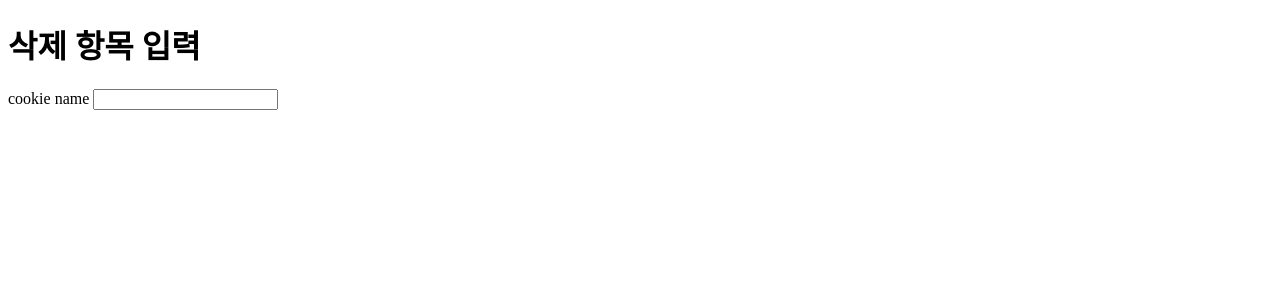
Repository: Hyuk-II/2-2
Page: http://localhost/기말고사/logout_input.jsp
An editor plug-in stored every save of this project. The page is shown before and after the next save, followed by the edit.
The browser window is 1280 px wide. The pictures show the whole page.
The page is served by Tomcat 9.

Above is the page before, as saved 2024-12-09 06:18:01.

After the next save:
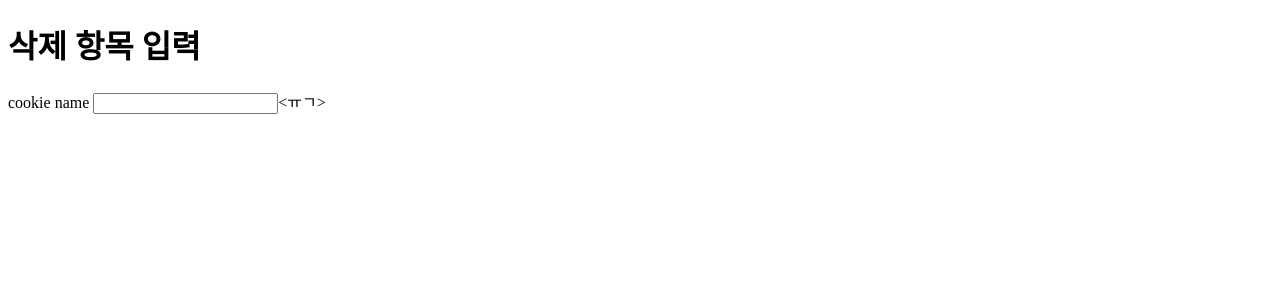
Saved 9 s later.
--- a/웹 프로그래밍/기말고사/src/main/webapp/logout_input.jsp
+++ b/웹 프로그래밍/기말고사/src/main/webapp/logout_input.jsp
@@ -9,7 +9,8 @@
 <body>
 <h1>삭제 항목 입력</h1>
 <form action = "delete_spec.jsp" method = "post">
-	cookie name <input type="text">
+	cookie name <input type="text"><ㅠㄱ>
+
 </form>
 </body>
 </html>

After the save that followed:
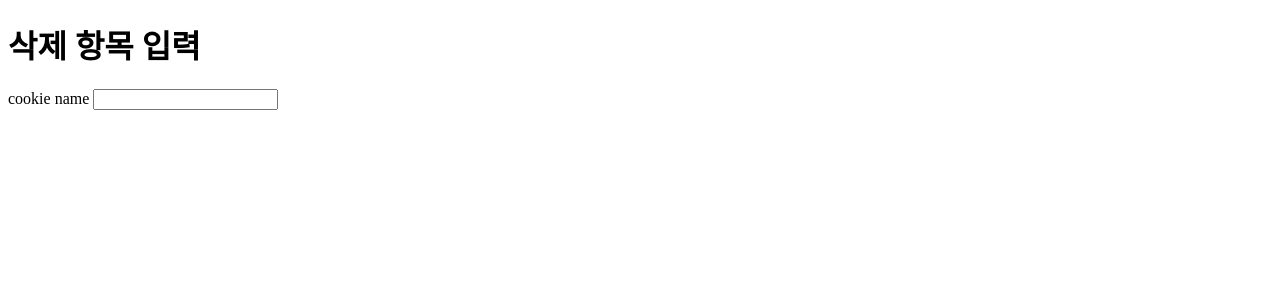
Saved 4 s later.
--- a/웹 프로그래밍/기말고사/src/main/webapp/logout_input.jsp
+++ b/웹 프로그래밍/기말고사/src/main/webapp/logout_input.jsp
@@ -9,7 +9,7 @@
 <body>
 <h1>삭제 항목 입력</h1>
 <form action = "delete_spec.jsp" method = "post">
-	cookie name <input type="text"><ㅠㄱ>
+	cookie name <input type="text"><br>
 
 </form>
 </body>
